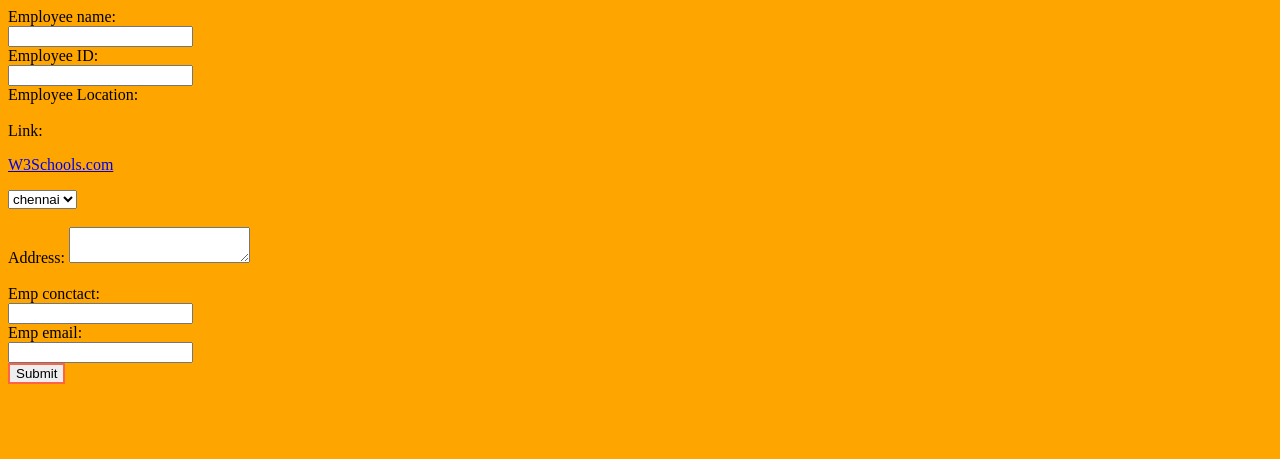
Repository: Apoorvasuswaram/cts
Page: appu/WebContent/b.html
An editor plug-in stored every save of this project. The page is shown before and after the next save, followed by the edit.
The browser window is 1280 px wide. The pictures show the whole page.

Above is the page before, as saved 2020-01-18 11:33:15.

After the next save:
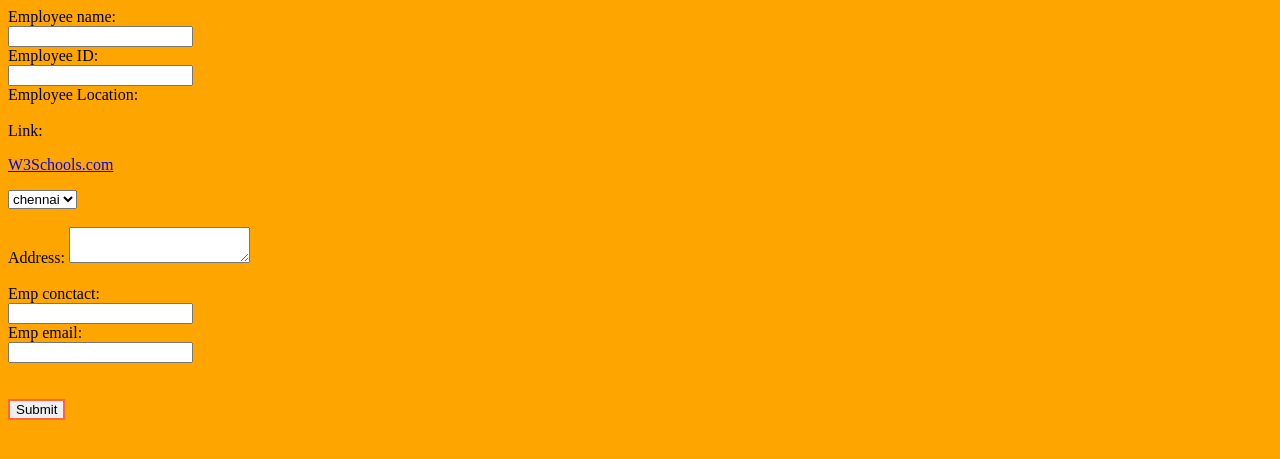
Saved 14 s later.
--- a/appu/WebContent/b.html
+++ b/appu/WebContent/b.html
@@ -27,7 +27,7 @@ Link:<br>  <p><a href="https://www.w3schools.com">W3Schools.com</a></p>
   Emp conctact:<br>
   <input type="text" name="contact"><br>
   Emp email:<br>
-  <input type="text" name="mail"><br>
+  <input type="text" name="mail"><br><br><br>
 <input type="submit" value="Submit" style="border:2px solid Tomato;"></form>
 
 </body>
